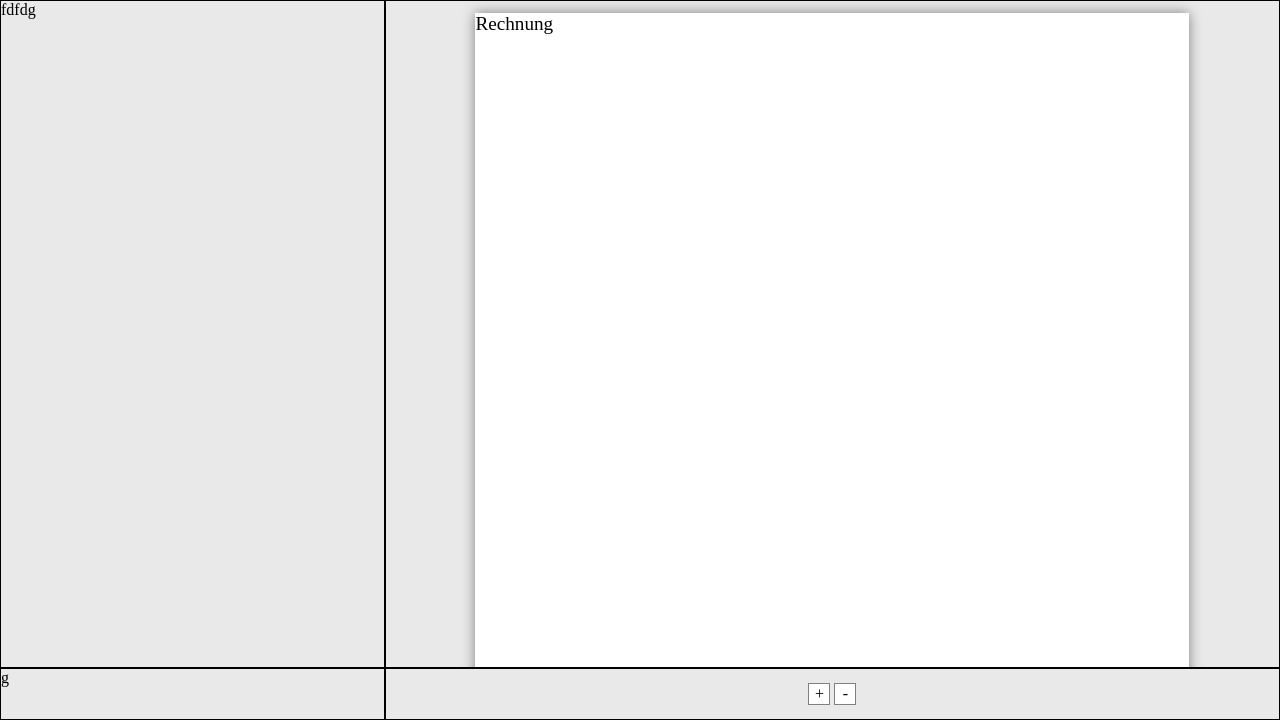
Repository: NDN92/Projects
Page: GUI_Test/src/de/NDN/test/HTMLGUI/HTML/RechnungenSchreiben.html
An editor plug-in stored every save of this project. The page is shown before and after the next save, followed by the edit.
The browser window is 1280 px wide. The pictures show the whole page.
After loading, the first visible `#btnZoomIn` was clicked once.
An inner scrolling area shows only its first screen.

Above is the page before, as saved 2016-07-16 14:01:30.
Console error: TypeError: window.onload is not a function

After the next save:
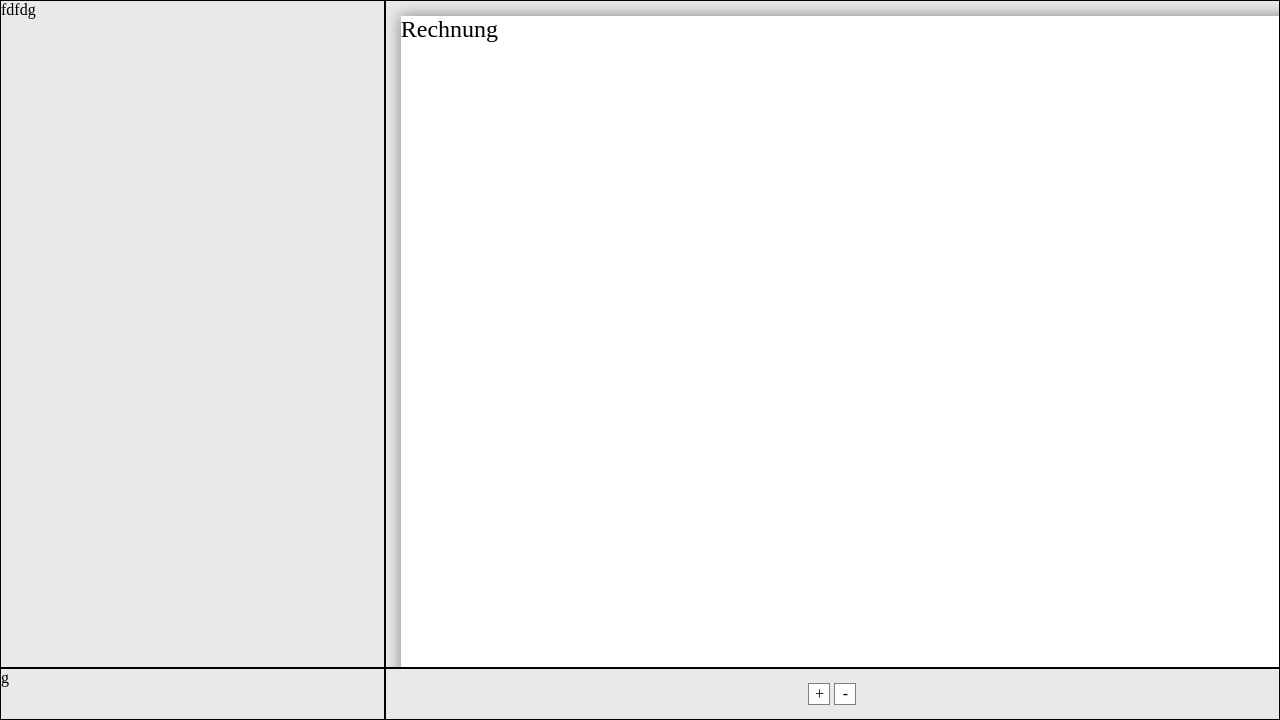
The error is gone.
Saved 30 s later.
--- a/GUI_Test/src/de/NDN/test/HTMLGUI/JS/RechnungenSchreiben.js
+++ b/GUI_Test/src/de/NDN/test/HTMLGUI/JS/RechnungenSchreiben.js
@@ -1,10 +1,8 @@
 /**
  *
  */
-window.onload(function () {
-	document.getElementById("viewPage").style.zoom = "150%";
-});
 
 function transferZoom() {
-	app.setViewPageZoom(100);
+	document.getElementById("viewPage").style.zoom = "150%";
+	//app.setViewPageZoom(100);
 }
